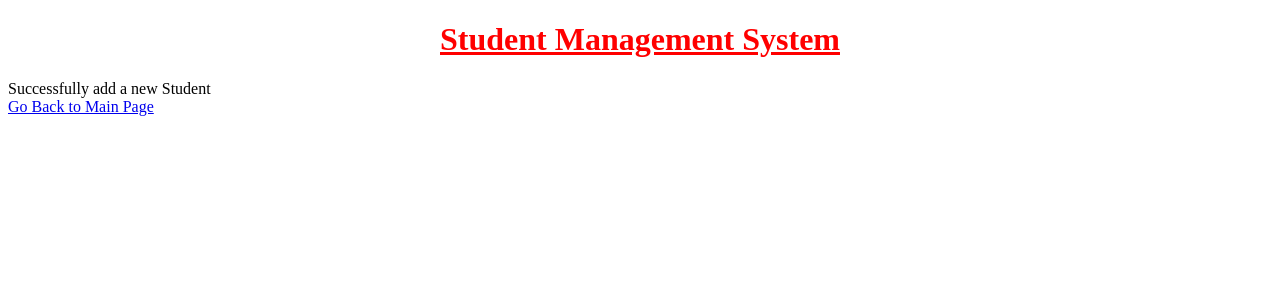
Repository: Aviligonda/Servlet_Programs
Page: http://localhost/StudentManagementSystem/addStudent.jsp
An editor plug-in stored every save of this project. The page is shown before and after the next save, followed by the edit.
The browser window is 1280 px wide. The pictures show the whole page.
The page is served by Tomcat 9.

Above is the page before, as saved 2024-11-25 12:51:40.

### StudentManagementSystem/src/main/webapp/addStudent.jsp
<%@page import="java.sql.PreparedStatement"%>
<%@page import="java.sql.DriverManager"%>
<%@page import="java.sql.Connection"%>
<%@ page language="java" contentType="text/html; charset=UTF-8"
	pageEncoding="UTF-8"%>
	<%@ include file="header.jsp" %>
	<%@ include file="db.jsp" %>
<!DOCTYPE html>
<html>
<head>
<meta charset="UTF-8">
<title>Add</title>
</head>
<body>
	<%

	String id = request.getParameter("id");
	String name = request.getParameter("name");
	String branch = request.getParameter("branch");
	String contactNumber = request.getParameter("contact");
	PreparedStatement pStatement=connection.prepareStatement("insert into sms values(?,?,?,?)");
	pStatement.setString(1, id);
	pStatement.setString(2, name);
	pStatement.setString(3, branch);
	pStatement.setString(4, contactNumber);
	pStatement.execute();
	out.println("Successfully add a new Student <br>");

	%>
	<a href = "index.jsp">Go Back to Main Page</a>
</body>
</html>

### StudentManagementSystem/src/main/webapp/header.jsp
<%@ page language="java" contentType="text/html; charset=UTF-8"
    pageEncoding="UTF-8"%>
<!DOCTYPE html>
<html>
<head>
<meta charset="UTF-8">
<title>Insert title here</title>
</head>
<body>

<h1 style="color:red;text-align:center "> <u>Student Management System</u></h1>



</body>
</html>

### StudentManagementSystem/src/main/webapp/db.jsp
<%@page import="java.sql.DriverManager"%>
<%@page import="java.sql.Connection"%>
<%@ page language="java" contentType="text/html; charset=UTF-8"
    pageEncoding="UTF-8"%>
<!DOCTYPE html>
<html>
<head>
<meta charset="UTF-8">
<title>Insert title here</title>
</head>
<body>
<%
Class.forName("com.mysql.jdbc.Driver");
Connection connection = DriverManager.getConnection("jdbc:mysql://localhost:3306/logindb","root","123");
%>

</body>
</html>

After the next save:
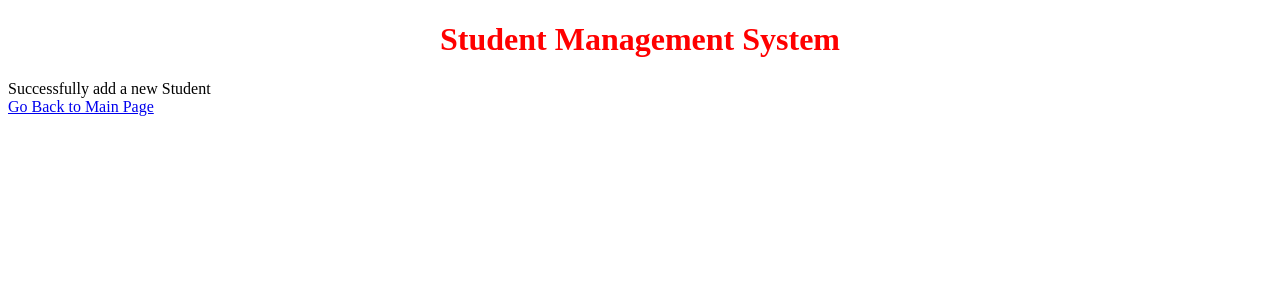
Saved 9 s later.
--- a/StudentManagementSystem/src/main/webapp/header.jsp
+++ b/StudentManagementSystem/src/main/webapp/header.jsp
@@ -8,7 +8,7 @@
 </head>
 <body>
 
-<h1 style="color:red;text-align:center "> <u>Student Management System</u></h1>
+<h1 style="color:red;text-align:center "> Student Management System</u></h1>
 
 
 
